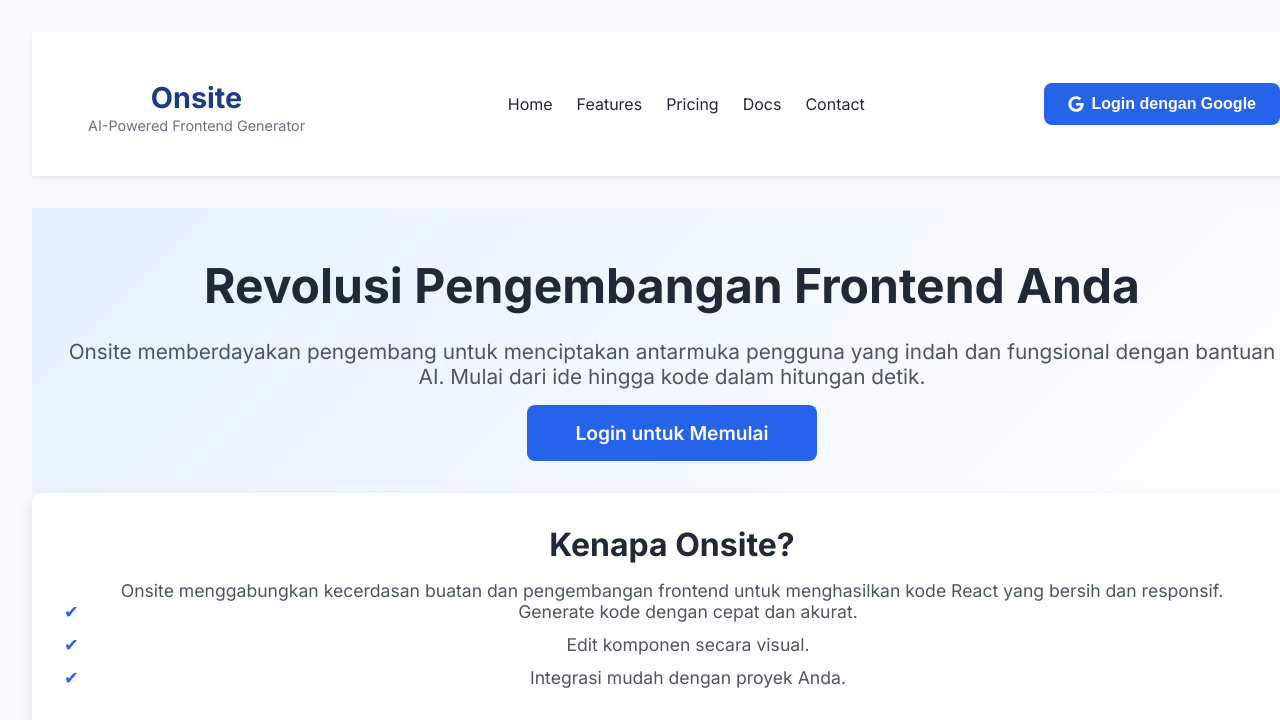
Repository: arifsoul/onsite
Page: / (app in onsite/)
An editor plug-in stored every save of this project. The page is shown before and after the next save, followed by the edit.
The browser window is 1280 px wide. The pictures show the whole page.
An inner scrolling area shows only its first screen. The project was rebuilt for these pictures with package versions that can differ from the ones it lists, and the page was loaded fresh each time. Also part of the build but not shown: onsite/vite.config.js, onsite/src/components/Editor/CSSPanel.jsx, onsite/src/components/Editor/JSPanel.jsx, onsite/src/components/Editor/ComponentEditor.css, onsite/src/components/Editor/ComponentEditor.jsx, onsite/src/components/Preview/LivePreview.css, onsite/src/components/Preview/LivePreview.jsx, onsite/src/pages/Editor.css and 3 more.

Above is the page before, as saved 2025-04-14 17:31:20.

After the next save:
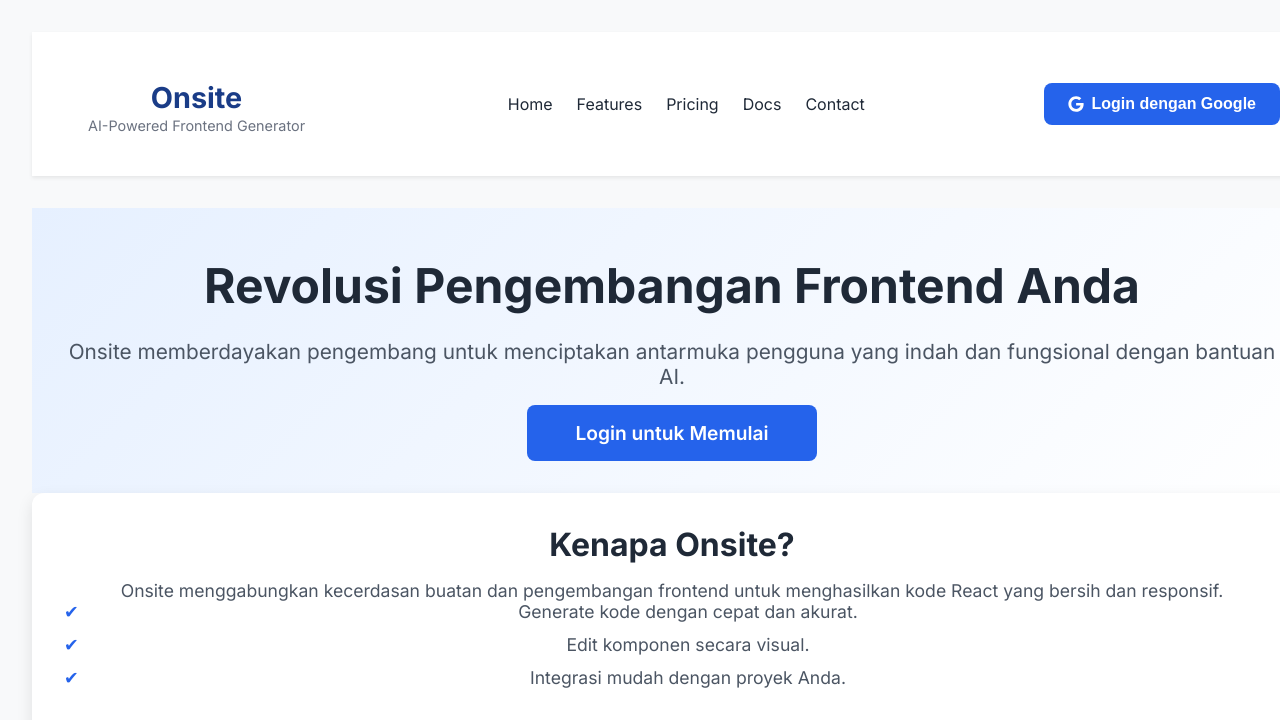
Saved 3 min 4 s later.
--- a/onsite/src/pages/Home.jsx
+++ b/onsite/src/pages/Home.jsx
@@ -9,7 +9,7 @@
   const { isAuthenticated } = useAuth0();
 
   const [htmlCode, setHtmlCode] = useState('<h1>Hello World</h1>');
-  const [cssCode, setCssCode] = useState('h1 { color: blue; }');
+  const [cssCode, setCssCode] = useState('h1 { color: #1e40af; }');
   const [jsCode, setJsCode] = useState('console.log("Hello World");');
   const [activeTab, setActiveTab] = useState('html');
 
@@ -48,7 +48,6 @@
           <h2>Revolusi Pengembangan Frontend Anda</h2>
           <p>
             Onsite memberdayakan pengembang untuk menciptakan antarmuka pengguna yang indah dan fungsional dengan bantuan AI.
-            Mulai dari ide hingga kode dalam hitungan detik.
           </p>
           <Link to={isAuthenticated ? '/editor' : '/login'} className="hero-cta">
             {isAuthenticated ? 'Mulai Mengedit Sekarang' : 'Login untuk Memulai'}
@@ -132,22 +131,6 @@
             </div>
           </div>
         </section>
-        <section className="features-section">
-          <h2>Features</h2>
-          <p>Jelajahi fitur-fitur canggih dari Onsite.</p>
-        </section>
-        <section className="pricing-section">
-          <h2>Pricing</h2>
-          <p>Pilih paket yang sesuai dengan kebutuhan Anda.</p>
-        </section>
-        <section className="docs-section">
-          <h2>Docs</h2>
-          <p>Pelajari cara menggunakan Onsite dengan dokumentasi lengkap kami.</p>
-        </section>
-        <section className="contact-section">
-          <h2>Contact</h2>
-          <p>Hubungi kami untuk dukungan atau pertanyaan.</p>
-        </section>
       </main>
       <footer className="home-footer">
         <p>© 2025 Onsite. All rights reserved.</p>
